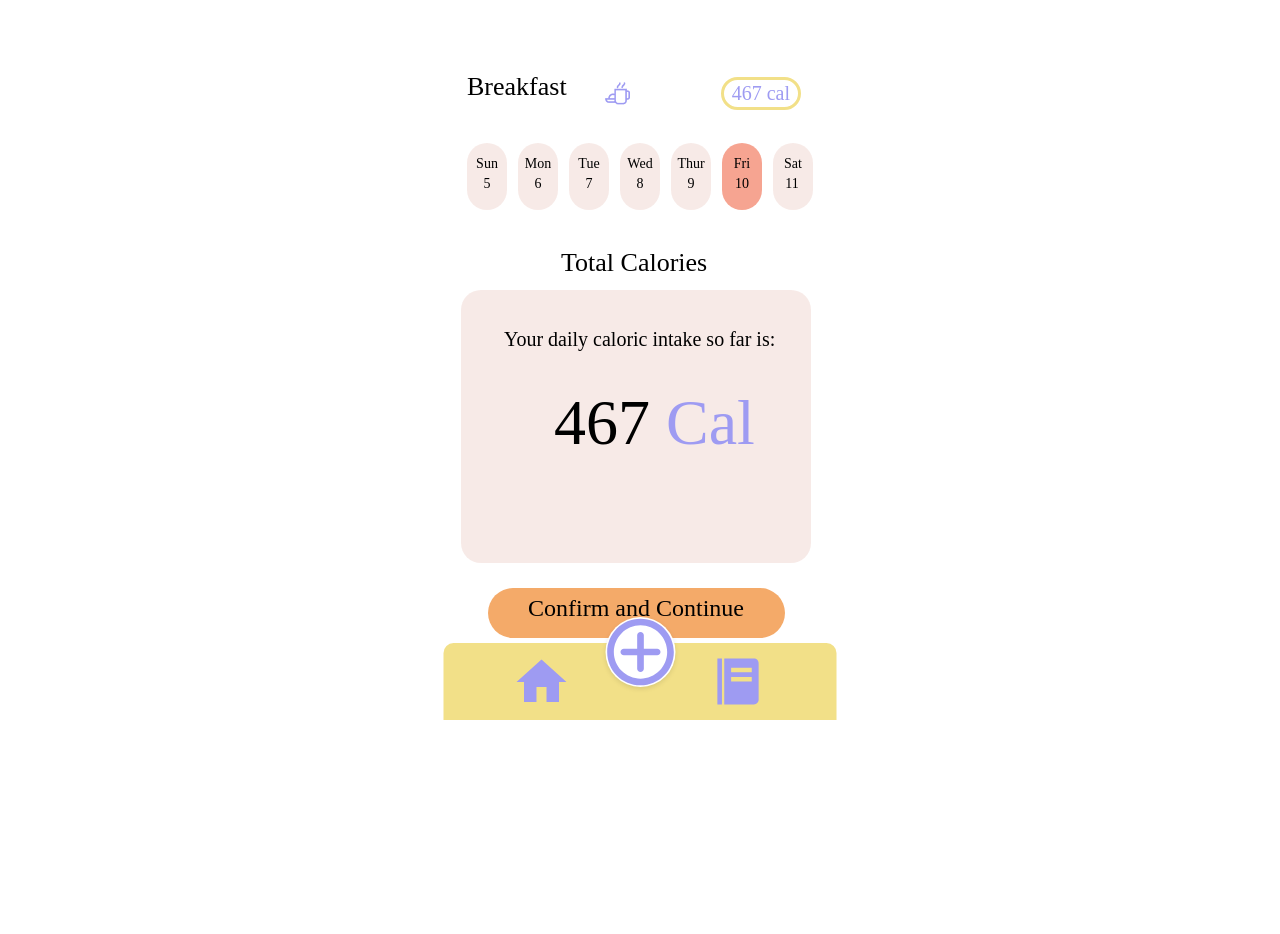
Repository: MeowCeline00/G5-Calorie-Tracker
Page: BreakfastCalCounter/index.html
An editor plug-in stored every save of this project. The page is shown before and after a run of saves, followed by the edit.
The browser window is 1280 px wide. The pictures show the whole page.

Above is the page before, as saved 2024-05-26 14:10:00.
Console error: ReferenceError: renderLandingPage is not defined

After the next 3 saves:
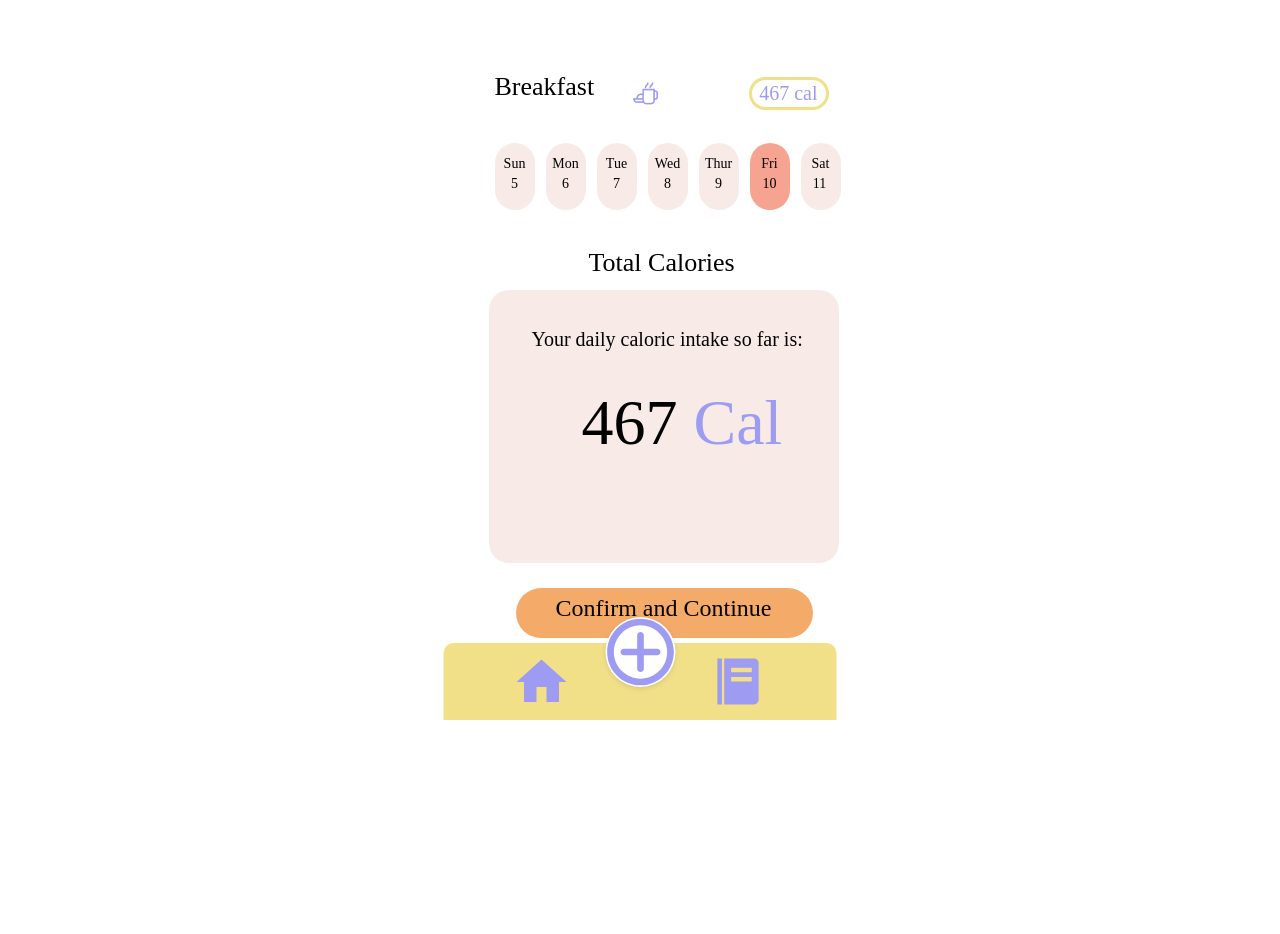
The 3 saves are shown as one change because they came seconds apart.
The last was saved 9 s later.
--- a/BreakfastCalCounter/index.css
+++ b/BreakfastCalCounter/index.css
@@ -320,7 +320,7 @@
 
 
 .navBar {
-    width: 430px;
+    width: 375px;
     height: 50px;
     display: flex;
     flex-direction: row;
